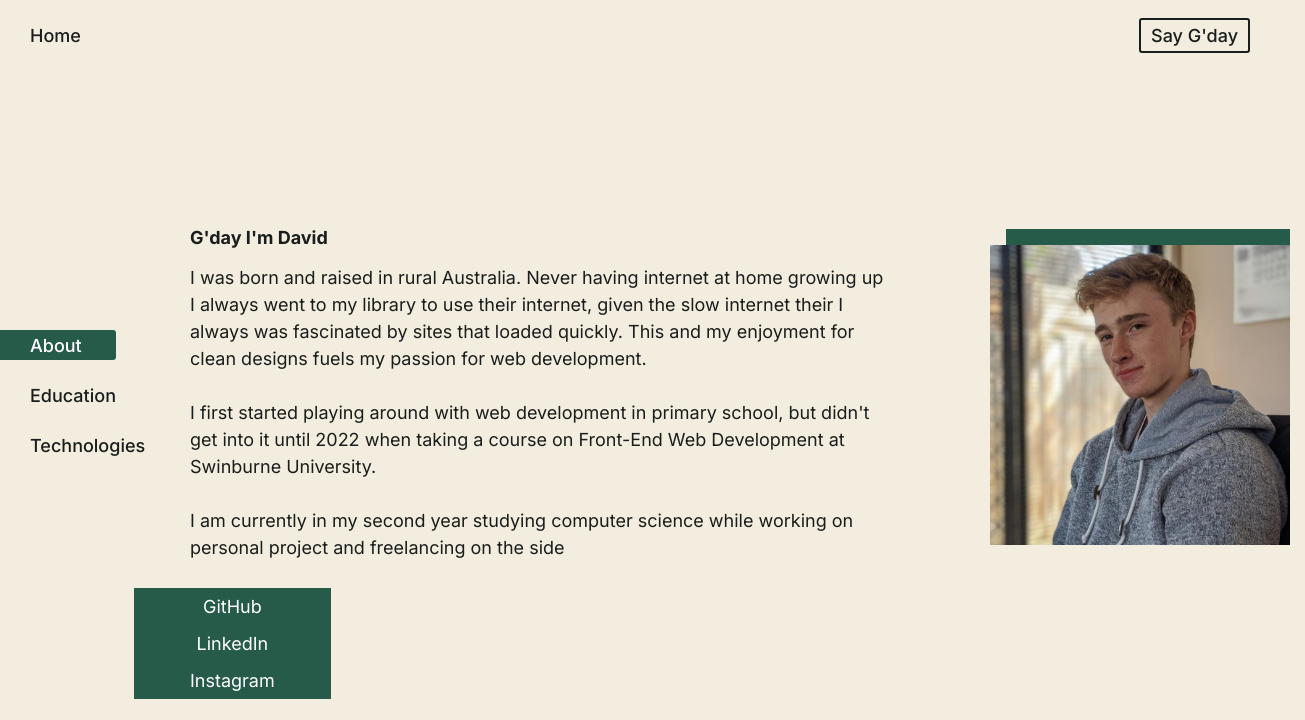
Repository: David-Waite/David-Waite-Portfolio
Page: /about
These files come from the project's save history. The page is drawn as it stood at one moment and after a run of saves; the edit follows.
The browser window is 1280 px wide. The page is 1290 px wide, then 1305 px, then 1290 px, so the pictures cover 1305 px, including what lies to the right of the window. The pictures show the whole page.
The project was rebuilt for these pictures with package versions that can differ from the ones it lists, and the page was loaded fresh each time. The framework's server and built-in components were replaced by stand-ins that run in the browser. Also part of the build but not shown: next.config.js.

Above is the page before, as saved 2023-07-27 11:27:51.

### app/layout.tsx
import "./globals.css";
import type { Metadata } from "next";
import { Inter } from "next/font/google";
import Link from "next/link";
import NavBar from "./components/Nav/NavBar/NavBar";

const inter = Inter({ subsets: ["latin"] });

export const metadata: Metadata = {
  title: "Create Next App",
  description: "Generated by create next app",
};

export default function RootLayout({
  children,
}: {
  children: React.ReactNode;
}) {
  return (
    <html lang="en">
      <body className={inter.className}>
        <NavBar />
        {children}
      </body>
    </html>
  );
}

### app/about/page.tsx
"use client";

import Image from "next/image";
import styles from "./page.module.css";
import Menu from "../components/About/Menu/Menu";
import { useState } from "react";

export default function About() {
  const [selected, setSelected] = useState({
    about: true,
    education: false,
    technologies: false,
  });

  function handleClick(select: string) {
    setSelected(() => {
      return {
        about: select === "about" ? true : false,
        education: select === "education" ? true : false,
        technologies: select === "technologies" ? true : false,
      };
    });
  }

  const AboutText = (
    <>
      <h1>G&apos;day I&apos;m David</h1>
      <p className={styles.description}>
        I was born and raised in rural Australia. Never having internet at home
        growing up I always went to my library to use their internet, given the
        slow internet their I always was fascinated by sites that loaded
        quickly. This and my enjoyment for clean designs fuels my passion for
        web development.
        <br />
        <br /> I first started playing around with web development in primary
        school, but didn&apos;t get into it until 2022 when taking a course on
        Front-End Web Development at Swinburne University.
        <br />
        <br /> I am currently in my second year studying computer science while
        working on personal project and freelancing on the side
      </p>
    </>
  );

  const EducationText = (
    <>
      <h1>My Education</h1>
      <ul className={`${styles.description} ${styles.descriptionList} `}>
        <li>
          CT50220 Dimploma of Information Technology (Front End Web Development)
          | 2022
        </li>
        <li>BA-CS Bachelor of Computer Science | 2023 - current</li>
        <li>Front end developer career path (72hrs) | Scrimba (online)</li>
        <li>
          React Native - The Practical Guide 2022 (26hrs) | Udemy (online)
        </li>
        <li>
          C# Basics for Beginners: Learn C# Fundamentals by Coding (6hrs) |
          Udemy (online)
        </li>
        <li>
          C# Intermediate: Classes, Interfaces and OOP (6hrs) | Udemy (online)
        </li>
      </ul>
    </>
  );
  const TechnologiesText = (
    <>
      <h1>What I&apos;m confortable with</h1>
      <ul className={`${styles.description} ${styles.descriptionList} `}>
        <li>HTML</li>
        <li>CSS</li>
        <li>Next.Js</li>
        <li>Contentful</li>
        <li>React.Js</li>
        <li>JavaScript</li>
        <li>C#</li>
      </ul>
    </>
  );

  let textContent;

  if (selected.about) {
    textContent = AboutText;
  }
  if (selected.technologies) {
    textContent = TechnologiesText;
  }
  if (selected.education) {
    textContent = EducationText;
  }
  return (
    <main className={styles.container}>
      <Menu selected={selected} onClick={handleClick} />
      <div className={styles.content}>
        <div>
          <div className={styles.paragraphContainer}>{textContent}</div>

          <div className={`${styles.desktopLink} ${styles.links}`}>
            <a href="https://github.com/David-Waite" target="_blank">
              GitHub
            </a>
            <a href="www.linkedin.com/in/davidwaitedev" target="_blank">
              LinkedIn
            </a>
            <a href="https://www.instagram.com/david__waite/" target="_blank">
              Instagram
            </a>
          </div>
        </div>

        <div className={styles.imageContainer}>
          <Image src="/aboutMe.jpg" fill={true} alt="David" />
        </div>
      </div>
    </main>
  );
}

### app/contact/send/route.ts
import mail from "@sendgrid/mail";
import { NextResponse } from "next/server";

// Create an api key in sendgrid and store someplace safe
mail.setApiKey(process.env.SENDGRID_API_KEY || "");

type ResponseData = {
  status?: string;
  message?: string;
};

export async function POST(request: Request) {
  let response: ResponseData = {};
  const body = await request.json();
  // I know the formData I sent in my request has name, email, and message fields so I'm just manually grabbing them to format a message
  const message = `
    Name: ${body.name}\r\n
    Email: ${body.email}\r\n
    Message: ${body.message}

  `;
  const data = {
    to: "davidwaite122@gmail.com",
    from: "davidwaiteportfolio@zohomail.com.au",
    subject: "Contact Message via Sendgrid",
    text: message,
    html: message.replace(/\r\n/g, "<br>"),
  };

  // Send the data and create a response object. I'm using status and message to display a success or fail notification in the UI
  await mail
    .send(data)
    .then(() => {
      response = {
        status: "success",
        message: "Your message was sent. I'll be in contact shortly.",
      };
    })
    .catch((error) => {
      response = {
        status: "error",
        message: `Message failed to send with error, ${error}`,
      };
    });

  return NextResponse.json(response);
}

### app/globals.css
:root {
  --primary: #255b48;
  --black: #191d1b;
  --background: #f3eddf;
  --white: #ffffff;
  --grey: #606060;
  --error: #a83c23;
}

.paragraph {
  font-size: 18px;
  font-style: normal;
  font-weight: 400;
  line-height: 25.2px;
  color: var(--black);
}

body {
  background-color: var(--background);
}

* {
  padding: 0;
  margin: 0;
  box-sizing: border-box;
}

### app/components/Nav/NavBar/NavBar.tsx
"use client";
import NavButton from "../NavButton/NavButton";
import styles from "./navBar.module.css";
import { usePathname } from "next/navigation";

import Link from "next/link";

export default function NavBar() {
  const currentRoute = usePathname();

  return (
    <nav className={styles.container}>
      <Link
        className={styles.link}
        href={`./${currentRoute === "/" ? "about" : "/"}`}
      >
        {currentRoute === "/" ? "About" : "Home"}
      </Link>

      {currentRoute !== "/contact" && <NavButton />}
    </nav>
  );
}

### app/about/page.module.css
.container {
  display: flex;
  height: calc(100vh - 70px);
  width: 100%;
  align-items: center;
  justify-content: center;
}

.content {
  position: relative;
  display: flex;
  align-items: center;
  gap: 200px;
}
.imageContainer {
  position: relative;
  width: 440px;
  height: 440px;
  box-shadow: var(--primary) 16px -16px 0px 0px;
}

.descriptionList {
  margin-left: 32px;
  margin-right: -32px;
}
.content h1 {
  color: var(--black);
  font-size: 18px;
  font-weight: 700;
  margin-bottom: 16px;
}
.description {
  color: var(--black);
  font-size: 18px;
  font-weight: 400;

  width: 740px;
  height: 300px;
  line-height: 27px;
}

.links {
  margin-top: 24px;
  position: absolute;
  left: -56px;
  padding: 0 56px;
  background-color: var(--primary);
  display: flex;
  align-items: center;
  flex-direction: column;
}
.mobileLink {
  display: none;
}
.links a {
  cursor: pointer !important;
  color: var(--white);
  text-decoration: none;
  font-size: 18px;
  margin: 8px 0;
}

.container hr {
  width: 100%;
  display: none;
}
.links a:hover {
  color: var(--grey);
}

.mobileMenu {
  display: none;
}

@media (max-width: 2000px) {
  .content {
    gap: 100px;
  }
}
@media (max-width: 1850px) {
  .imageContainer {
    width: 350px;
    height: 350px;
  }
}

@media (max-width: 1750px) {
  .imageContainer {
    width: 350px;
    height: 350px;
    margin-right: -50px;
  }
}

@media (max-width: 1650px) {
  .description {
    width: 700px;
    height: 300px;
  }
}

@media (max-width: 1550px) {
  .imageContainer {
    margin-right: -100px;
    width: 300px;
    height: 300px;
  }
}

@media (max-width: 1450px) {
  .imageContainer {
    margin-right: -200px;
    width: 300px;
    height: 300px;
  }
}

@media (max-width: 425px) {
  .links a,
  .content h1,
  .description {
    font-size: 16px;
  }
}

### app/components/About/Menu/Menu.tsx
"use client";
import { CSSProperties, useState } from "react";
import styles from "./menu.module.css";
export default function Menu(props: { onClick: any; selected: any }) {
  function handleClick(select: string) {
    props.onClick(select);
  }

  const selectedBackground: any = {
    left: "0px",
  };
  const selectedP: any = {
    color: "white",
  };
  return (
    <div className={styles.menu} id="menu">
      <div
        className={`${styles.linkContainer} ${styles.about}`}
        onClick={() => handleClick("about")}
      >
        <div
          className={styles.aboutBackground}
          style={Object.assign(props.selected.about && selectedBackground)}
        ></div>
        <p style={Object.assign(props.selected.about && selectedP)}>About</p>
      </div>
      <br />
      <div
        className={`${styles.linkContainer} ${styles.education}`}
        onClick={() => handleClick("education")}
      >
        <div
          className={styles.educationBackground}
          style={Object.assign(props.selected.education && selectedBackground)}
        ></div>
        <p style={Object.assign(props.selected.education && selectedP)}>
          Education
        </p>
      </div>
      <br />
      <div
        className={`${styles.linkContainer} ${styles.technologies}`}
        onClick={() => handleClick("technologies")}
      >
        <div
          className={styles.technologiesBackground}
          style={Object.assign(
            props.selected.technologies && selectedBackground
          )}
        ></div>
        <p style={Object.assign(props.selected.technologies && selectedP)}>
          Technologies
        </p>
      </div>
    </div>
  );
}

### app/components/Nav/NavButton/NavButton.tsx
import styles from "./navButton.module.css";

import Link from "next/link";

export default function NavButton() {
  return (
    <Link className={styles.container} href={"./contact"}>
      Say G&apos;day
    </Link>
  );
}

### app/components/Nav/NavBar/navBar.module.css
.container {
  display: flex;
  align-items: center;
  justify-content: space-between;
  height: 70px;
  padding: 0 30px;
}

.link {
  color: var(--black);
  text-decoration: none;
  font-size: 18px;
  font-weight: 500;
  cursor: pointer !important;
}

.link:hover {
  color: var(--grey);
}

@media (max-width: 768px) {
  .container {
    padding: 0 20px;
  }
}
@media (max-width: 425px) {
  .link {
    font-size: 16px;
  }
}

### app/components/About/Menu/menu.module.css
.menu {
  position: absolute;
  left: 0;
  font-size: 18px;
  font-weight: 500;
}

.menu div {
  display: flex;
  align-items: center;
}

.linkContainer {
  position: relative;
}
.linkContainer p {
  position: relative;
  cursor: pointer !important;
  color: var(--black);
}

.aboutBackground,
.educationBackground,
.technologiesBackground {
  position: absolute;
  background-color: var(--primary);
  left: 0;
  height: 30px;
  border-radius: 0 3px 3px 0;
  transition: 0.3s ease-in;
}
.about {
  width: 116px;
}
.aboutBackground {
  width: 116px;
  left: -116px;
}
.about:hover .aboutBackground {
  left: 0;
}

.education {
  width: 148px;
}
.educationBackground {
  width: 148px;
  left: -148px;
}
.education:hover .educationBackground {
  left: 0;
}

.technologies {
  width: 175px;
}
.technologiesBackground {
  width: 175px;
  left: -175px;
}
.technologies:hover .technologiesBackground {
  left: 0;
}

.menu p {
  top: 0;
  padding: 4px 30px;

  transition: 0.3s;
}

.selected {
  border-radius: 0 3px 3px 0;
  color: var(--white);
  background: rgb(37, 91, 72);
}

.linkContainer p:hover {
  position: relative;
  color: var(--white);
}

### app/components/Nav/NavButton/navButton.module.css
.container {
  border: 2px solid var(--black);
  color: var(--black);
  font-weight: 500;
  border-radius: 3px;
  font-size: 18px;
  padding: 5px 10px;
  transition: 0.3s;
  text-decoration: none;
  cursor: pointer !important;
}

.container:hover {
  background-color: var(--primary);
  color: var(--white);
}

@media (max-width: 425px) {
  .container {
    font-size: 16px;
  }
}

After the next 2 saves:
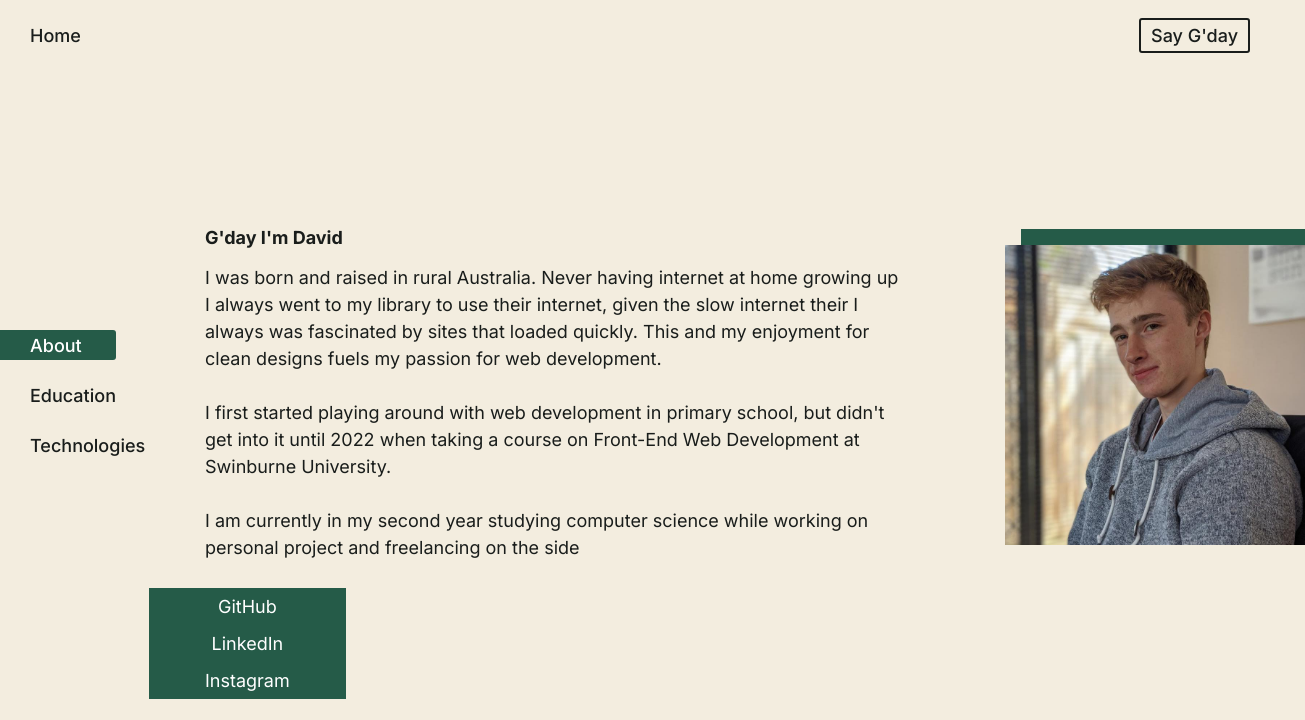
The 2 saves are shown as one change because they came seconds apart.
The last was saved 7 s later.
--- a/app/about/page.module.css
+++ b/app/about/page.module.css
@@ -109,7 +109,7 @@
 
 @media (max-width: 1450px) {
   .imageContainer {
-    margin-right: -200px;
+    margin-right: -230px;
     width: 300px;
     height: 300px;
   }

After the save that followed:
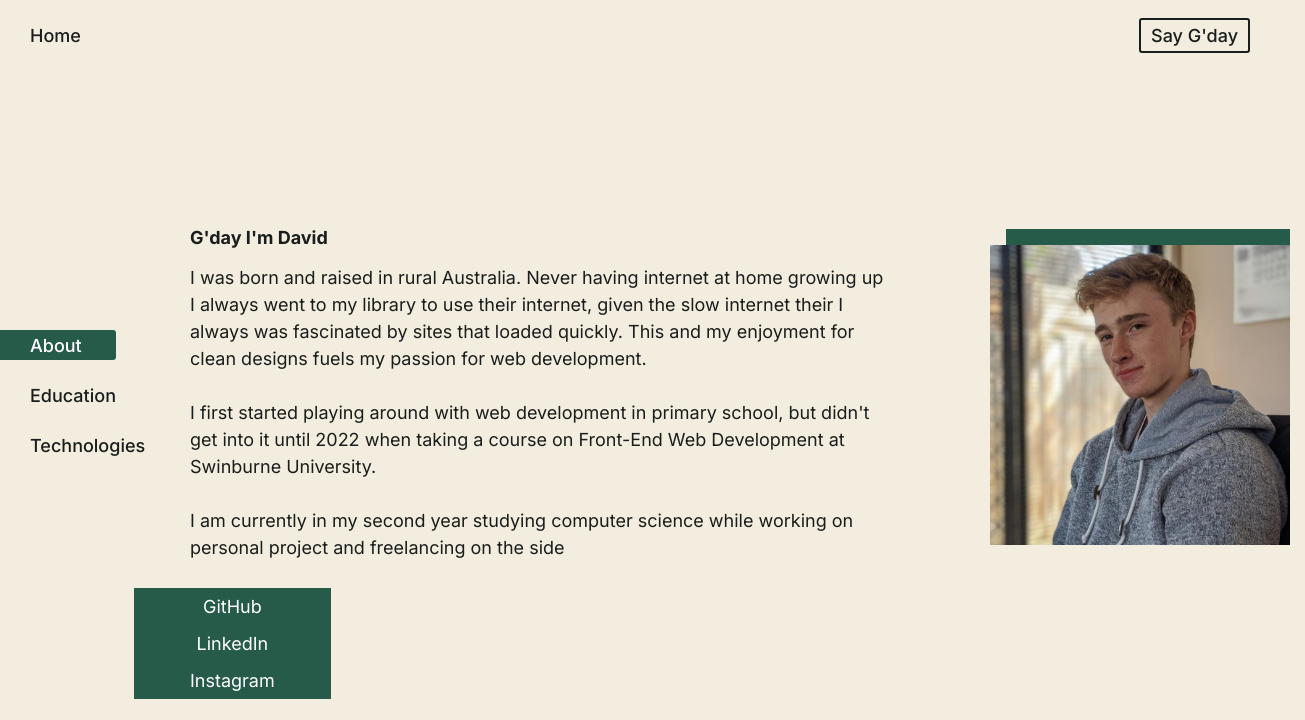
Saved 11 s later.
--- a/app/about/page.module.css
+++ b/app/about/page.module.css
@@ -109,7 +109,7 @@
 
 @media (max-width: 1450px) {
   .imageContainer {
-    margin-right: -230px;
+    margin-right: -200px;
     width: 300px;
     height: 300px;
   }
